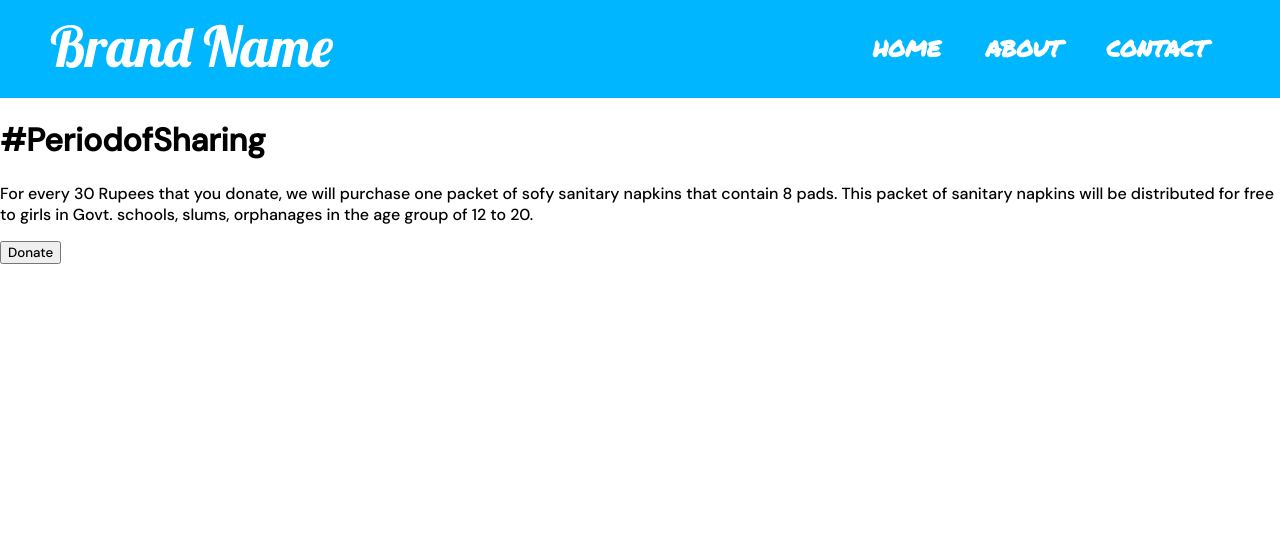
Repository: Jrap-bit/PeriodofSharing
Page: index.html
The author's editor kept a copy of each file at every save. The page is drawn from the files as they stood at one save, then again after the next save.
The browser window is 1280 px wide. The pictures show the whole page.

Above is the page before, as saved 2022-01-13 23:50:28.

### index.html
<!DOCTYPE html>
<html lang="en">
  <head>
    <meta charset="UTF-8" />
    <meta http-equiv="X-UA-Compatible" content="IE=edge" />
    <meta name="viewport" content="width=device-width, initial-scale=1.0" />
    <link rel="stylesheet" href="style.css" />
    <title>#PeriodofSharing</title>
  </head>
  <body>
    <nav class="navbar">
      <div class="brand-title">Brand Name</div>
      <a href="#" class="toggle-button">
        <span class="bar"></span>
        <span class="bar"></span>
        <span class="bar"></span>
      </a>
      <div class="navbar-links">
        <ul>
          <li><a href="#Home">HOME</a></li>
          <li><a href="#About">ABOUT</a></li>
          <li><a href="#Contact">CONTACT</a></li>
        </ul>
      </div>
    </nav>
    <div id="Home" class="home">
      <h1>#PeriodofSharing</h1>
      <p>
        For every 30 Rupees that you donate, we will purchase one packet of sofy
        sanitary napkins that contain 8 pads. This packet of sanitary napkins
        will be distributed for free to girls in Govt. schools, slums,
        orphanages in the age group of 12 to 20.
      </p>
      <div>
        <button class="donate-button" href="Donate.html">Donate</button>
      </div>
    </div>
    <div id="About" class = "about">

    </div>
  </body>
</html>

### style.css
@import url('https://fonts.googleapis.com/css2?family=DM+Sans:wght@500&display=swap');
@import url('https://fonts.googleapis.com/css2?family=Bebas+Neue&family=Lobster&family=Permanent+Marker&display=swap');

* {
    box-sizing: border-box;
    font-family: 'DM Sans', sans-serif;
}

body {
    margin: 0;
    padding: 0;
}

html{
    scroll-behavior: smooth;
}

.navbar{
    display: flex;
    justify-content: space-between;
    align-items: center;
    background-color: rgb(0, 183, 255);
    color: white;

}

.brand-title{
    font-family: 'Lobster', cursive;
    font-size: 3.5rem;
    margin: 10px 50px;
    margin-bottom: 15px;

}

.navbar-links ul{
    margin: 10px 50px 10px 50px;
    display: flex;
}

.navbar-links li {
    font-family: 'Permanent Marker', cursive;
    font-weight: bold;
    list-style: none;
    font-size: 1.4rem;

}

.navbar-links li a{
    font-family: 'Permanent Marker', cursive;
    text-decoration: none;
    color: white;
    padding: 1.4rem;
    display: block;
}

.navbar-links li:hover{
    background-color: rgb(1, 54, 75);
}

.toggle-button {
    position: absolute;
    top: .75rem;
    right: 1rem;
    display: none;
    flex-direction: column;
    justify-content: space-between;
    width: 30px;
    height: 21px;
}

.toggle-button .bar{
    height: 3px;
    width: 100%;
    background-color: white;
    border-radius: 10px;
}

@media (max-width: 800px) {
    .toggle-button{
        display: flex;
    }
    .navbar-links{
        display: none;
        width: 100%;
    }

    .navbar{
        flex-direction: column;
        align-items: flex-start;
    }

    .navbar-links ul {
        flex-direction: column;
        width: 100%;

    }

    .navbar-links li{
        text-align: center;
    }

    .navbar-links li a{
        padding: 0.5rem 1rem;
    }

    .navbar-links.active{
        display: flex;
    }

    .toggle-button:hover{
        background-color: #666;
    }
}

After the next save:
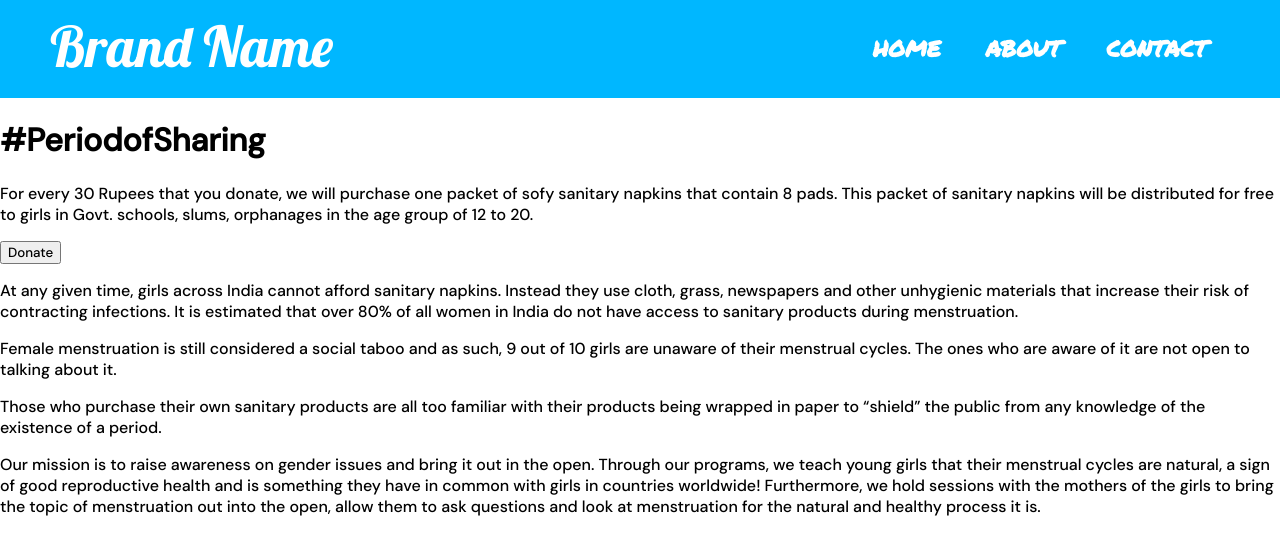
Saved 58 s later.
--- a/index.html
+++ b/index.html
@@ -35,8 +35,33 @@
         <button class="donate-button" href="Donate.html">Donate</button>
       </div>
     </div>
-    <div id="About" class = "about">
-
+    <div id="About" class="about">
+      <p>
+        At any given time, girls across India cannot afford sanitary napkins.
+        Instead they use cloth, grass, newspapers and other unhygienic materials
+        that increase their risk of contracting infections. It is estimated that
+        over 80% of all women in India do not have access to sanitary products
+        during menstruation.
+      </p>
+      <p>
+        Female menstruation is still considered a social taboo and as such, 9
+        out of 10 girls are unaware of their menstrual cycles. The ones who are
+        aware of it are not open to talking about it.
+      </p>
+      <p>
+        Those who purchase their own sanitary products are all too familiar with
+        their products being wrapped in paper to “shield” the public from any
+        knowledge of the existence of a period.
+      </p>
+      <p>
+        Our mission is to raise awareness on gender issues and bring it out in
+        the open. Through our programs, we teach young girls that their
+        menstrual cycles are natural, a sign of good reproductive health and is
+        something they have in common with girls in countries worldwide!
+        Furthermore, we hold sessions with the mothers of the girls to bring the
+        topic of menstruation out into the open, allow them to ask questions and
+        look at menstruation for the natural and healthy process it is.
+      </p>
     </div>
   </body>
 </html>
